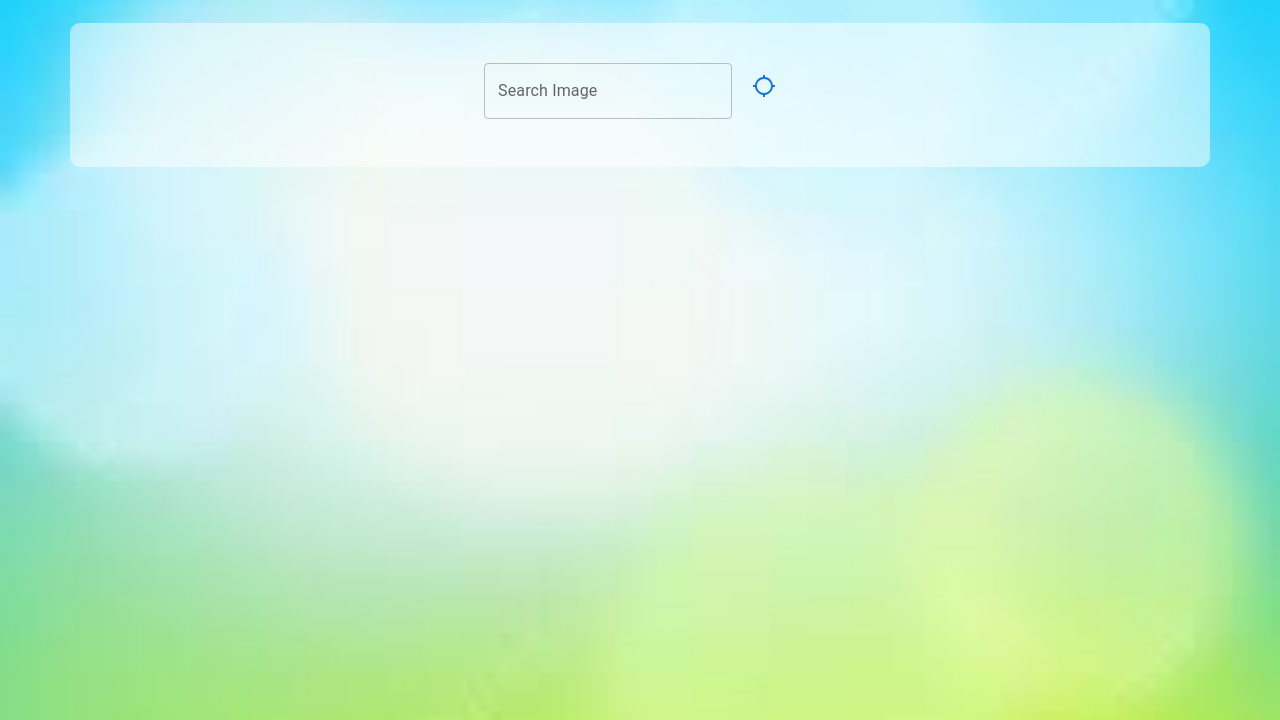
Repository: mohit78911/Snapshot
Page: /
These files come from the project's save history. The page is drawn as it stood at one moment and after the next save; the edit follows.
The browser window is 1280 px wide. The pictures show the whole page.
The project was rebuilt for these pictures with package versions that can differ from the ones it lists, and the page was loaded fresh each time. Also part of the build but not shown: src/snapshot/SnapshotCss.css, src/snapshot/SearchBox.css.

Above is the page before, as saved 2023-09-01 12:25:08.

After the next save:
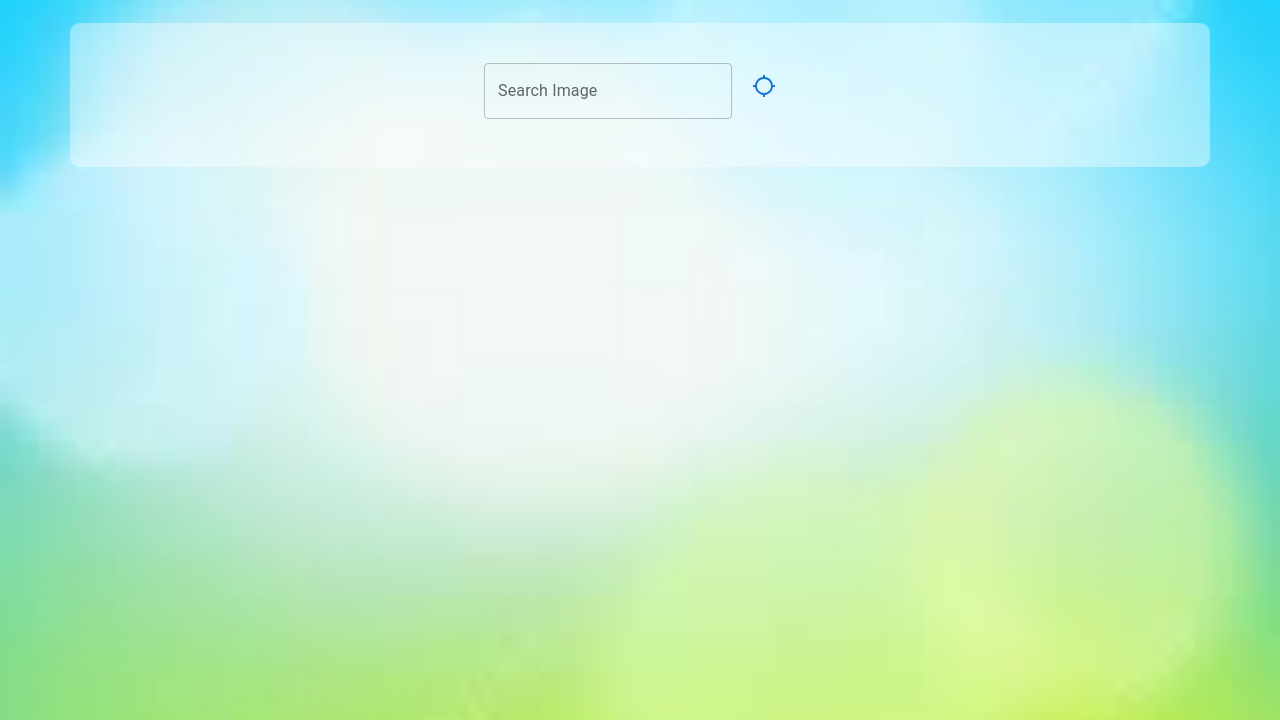
Saved 35 s later.
--- a/src/App.css
+++ b/src/App.css
@@ -44,7 +44,7 @@
   margin-top: 2%;
   border-radius: 10px;
   height: 9rem;
-  background: rgb(255, 255, 255,0.5);
+  background: rgb(255, 255, 255,0.4);
 
 }
 

After the save that followed:
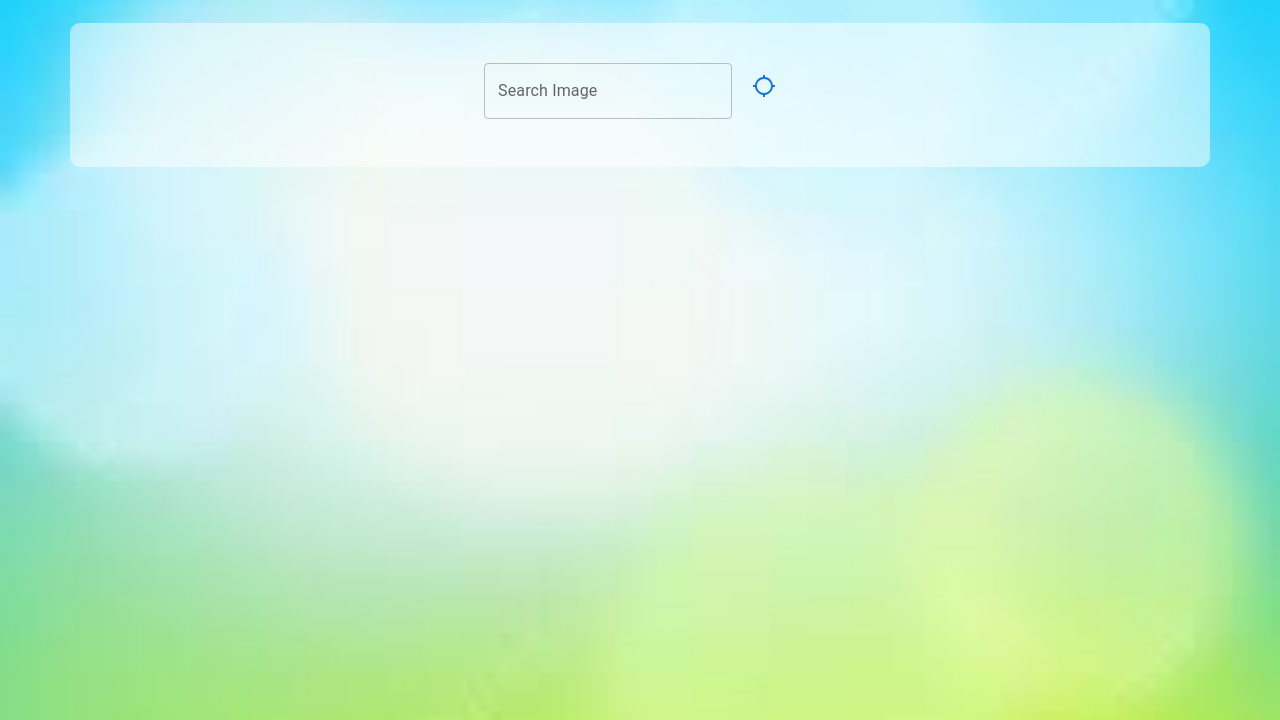
Saved 7 s later.
--- a/src/App.css
+++ b/src/App.css
@@ -44,7 +44,7 @@
   margin-top: 2%;
   border-radius: 10px;
   height: 9rem;
-  background: rgb(255, 255, 255,0.4);
+  background: rgb(255, 255, 255,0.5);
 
 }
 
